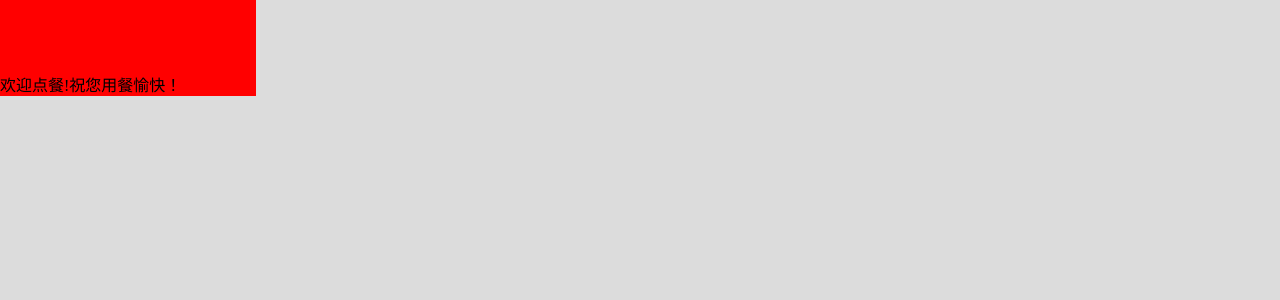
Repository: MrYu-head/SlowFoodTakeout
Page: views/shop_main_menu.html
The author's editor kept a copy of each file at every save. The page is drawn from the files as they stood at one save, then again after the next save.
The browser window is 1280 px wide. The pictures show the whole page.

Above is the page before, as saved 2022-04-26 08:40:54.
Console error: TypeError: Cannot read properties of undefined (reading 'toString')

After the next save:
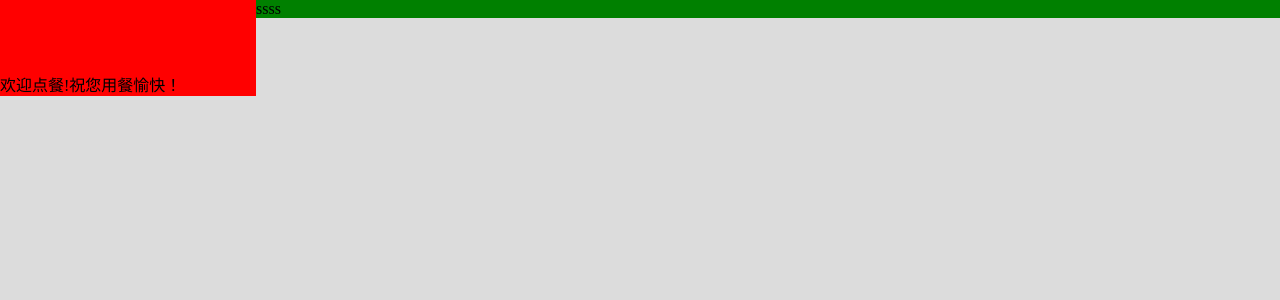
Saved 13 s later.
--- a/views/shop_main_menu.html
+++ b/views/shop_main_menu.html
@@ -33,7 +33,7 @@
             </div>
             <!-- 这是右侧该商家的详细菜单展示 -->
             <div class="right_main" id="right_main">
-
+                <p>ssss</p>
             </div>
         </div>
     </div>
